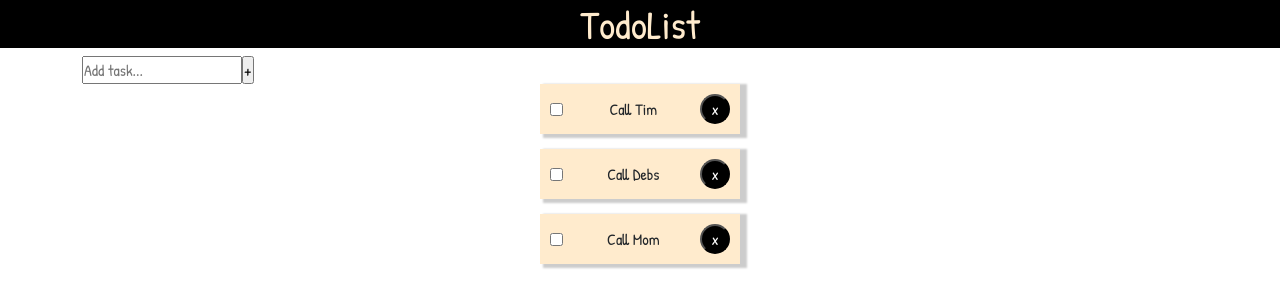
Repository: latenightsnacc/React-Projects
Page: / (app in todolist/)
These files come from the project's save history. The page is drawn as it stood at one moment and after the next save; the edit follows.
The browser window is 1280 px wide. The pictures show the whole page.
The project was rebuilt for these pictures with package versions that can differ from the ones it lists, and the page was loaded fresh each time.

Above is the page before, as saved 2020-07-02 12:50:14.

After the next save:
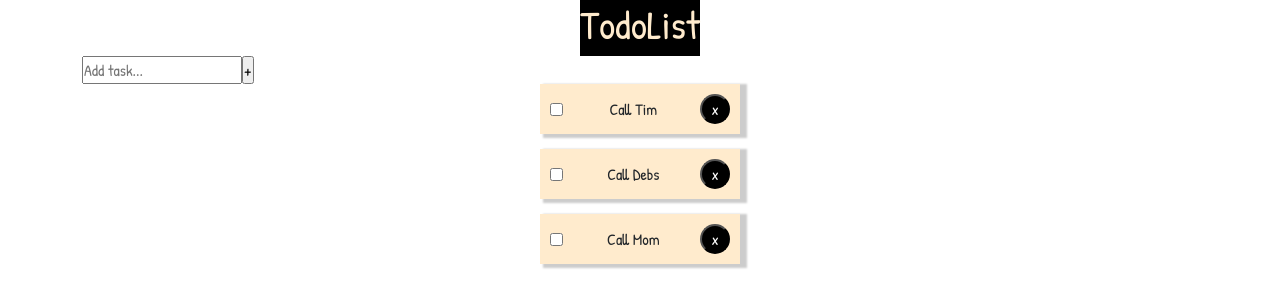
Saved 29 s later.
--- a/todolist/src/styles/App.scss
+++ b/todolist/src/styles/App.scss
@@ -6,3 +6,10 @@
     padding: 0;
     font-family: 'Patrick Hand', cursive;
 }
+
+.App {
+    display: flex;
+    width: 100vw;
+    flex-direction: column;
+    align-items: center;
+}

After the save that followed:
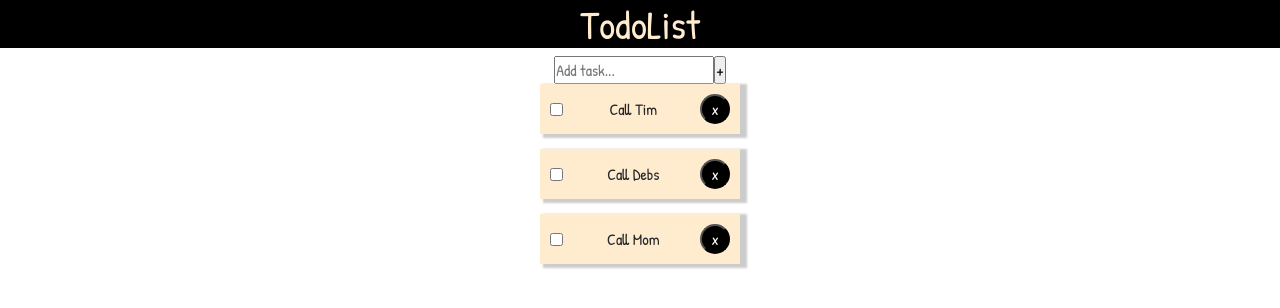
Saved 16 s later.
--- a/todolist/src/styles/App.scss
+++ b/todolist/src/styles/App.scss
@@ -7,7 +7,7 @@
     font-family: 'Patrick Hand', cursive;
 }
 
-.App {
+.App .container {
     display: flex;
     width: 100vw;
     flex-direction: column;
